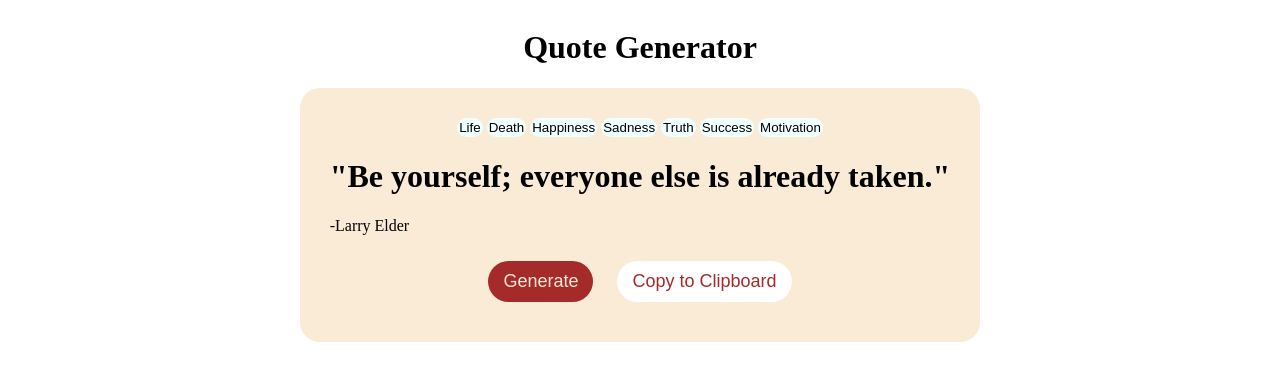
Repository: moehaymanmyint/Random-Quote-Generator
Page: index.html
The author's editor kept a copy of each file at every save. The page is drawn from the files as they stood at one save, then again after the next save.
The browser window is 1280 px wide. The pictures show the whole page.

Above is the page before, as saved 2024-11-05 22:24:19.

After the next save:
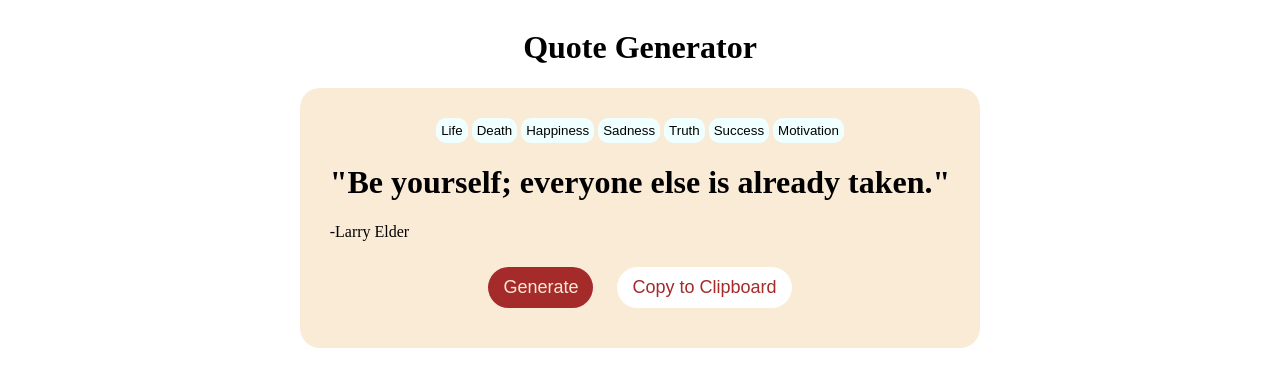
Saved 5 s later.
--- a/style.css
+++ b/style.css
@@ -39,5 +39,5 @@ input{
     background-color: azure;
     border: none;
     border-radius: 10px;
-    padding: 2px;
+    padding: 5px;
 }
